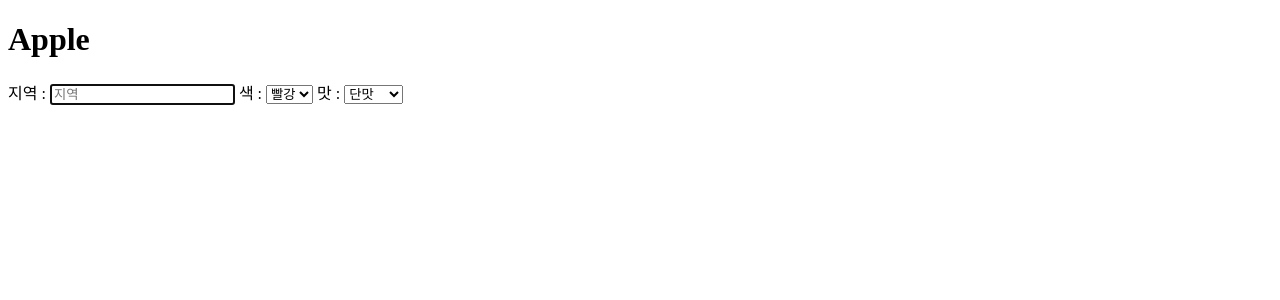
Repository: kmw7691/Soldesk
Page: http://localhost/Nov17_1_DSP_DB/apple/reg.jsp
The author's editor kept a copy of each file at every save. The page is drawn from the files as they stood at one save, then again after the next save.
The browser window is 1280 px wide. The pictures show the whole page.
The page is served by Tomcat 9. Other server files are loaded and not shown.

Above is the page before, as saved 2023-11-20 00:37:05.

### Nov17_1_DSP_DB/src/main/webapp/apple/reg.jsp
<%@ page language="java" contentType="text/html; charset=UTF-8"
    pageEncoding="UTF-8"%>
<!DOCTYPE html>
<html>
<head>
<meta charset="UTF-8">
<title>reg.jsp</title>
</head>
<body>
	<h1>Apple</h1><!-- DBtable의 칼럼이 뭐가잇나 생각해서 -->
	<form action="">
		지역 : <input name="a.location" autocomplete="off"
		autofocus="autofocus" placeholder="지역">
		색 : <select name="a.color">
				<option>빨강</option>
				<option>초록</option>
				<option>파랑</option>
				<option>검정</option>
				<option>노랑</option>
			</select>
		맛 : <select name="a.flavor">
				<option>단맛</option>
				<option>쓴맛</option>
				<option>신맛</option>
				<option>매운맛</option>
				<option>단맛</option>
			</select>
	</form>
</body>
</html>

After the next save:
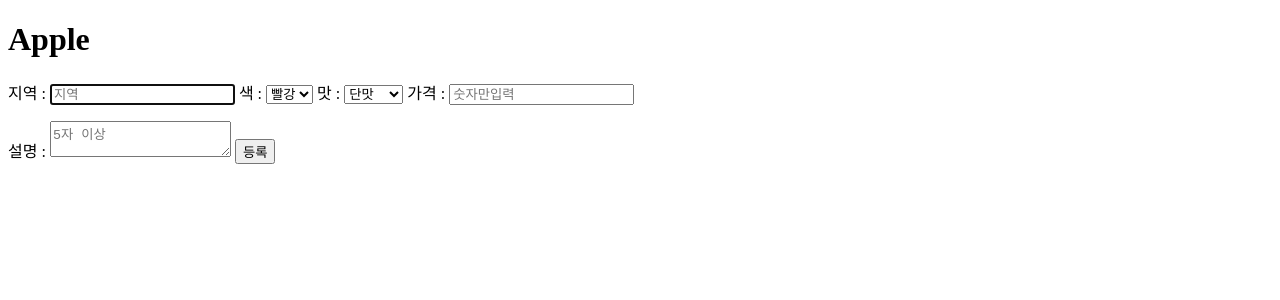
Saved 2 min 0 s later.
--- a/Nov17_1_DSP_DB/src/main/webapp/apple/reg.jsp
+++ b/Nov17_1_DSP_DB/src/main/webapp/apple/reg.jsp
@@ -25,6 +25,10 @@
 				<option>매운맛</option>
 				<option>단맛</option>
 			</select>
+		가격 : <input name="a.price" autocomplete="off" placeholder="숫자만입력"><p>
+		설명 : <textarea name="a.introduce" maxlength="80"
+				autocomplete="off" placeholder="5자 이상"></textarea>
+		<button>등록</button>
 	</form>
 </body>
 </html>
